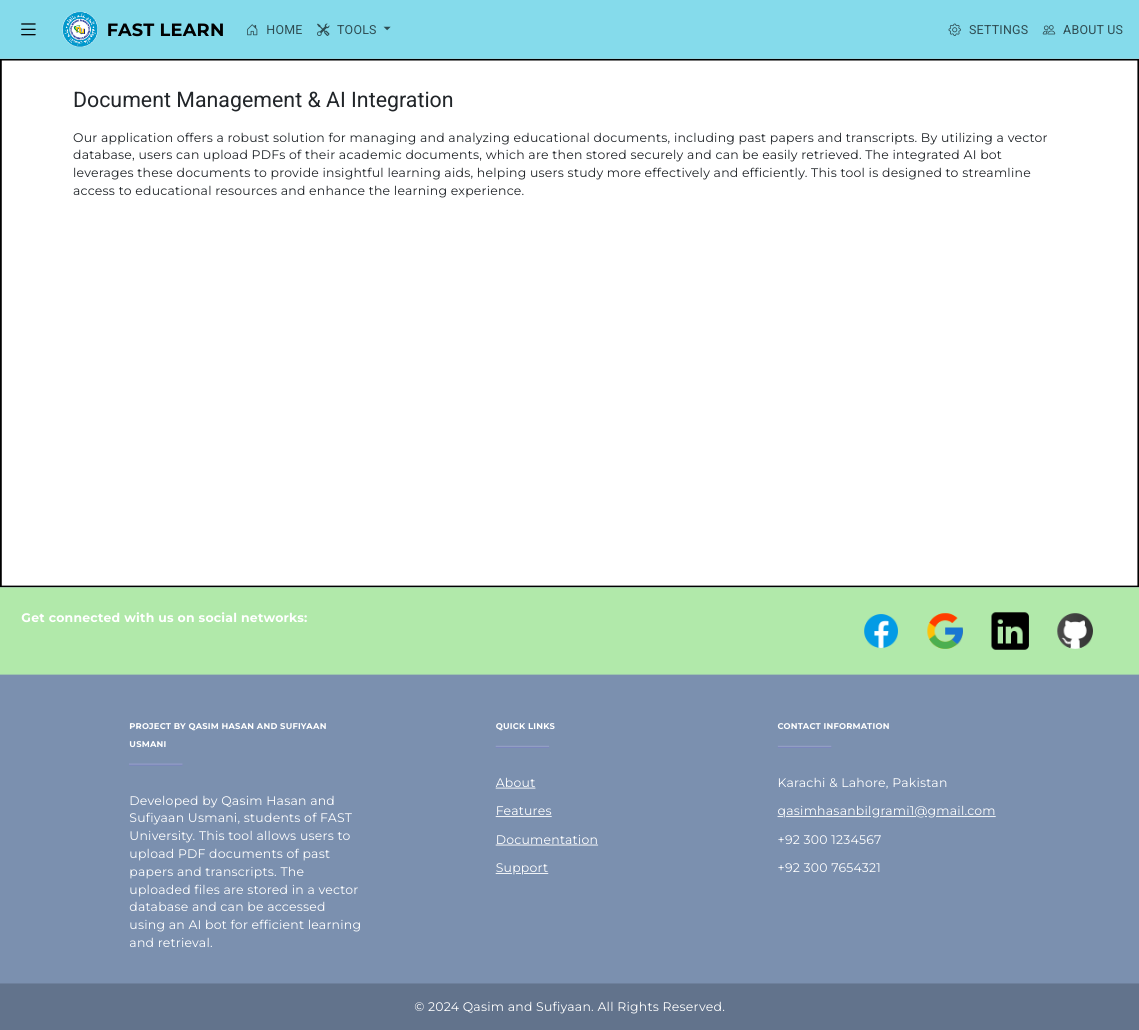
Repository: fastlearn-e0c9858e10ed/Frontend
Page: / (app in fastlearn/)
An editor plug-in stored every save of this project. The page is shown before and after the next save, followed by the edit.
The browser window is 1280 px wide. The pictures show the whole page, at 89% of full size.
The project was rebuilt for these pictures with package versions that can differ from the ones it lists, and the page was loaded fresh each time. Also part of the build but not shown: fastlearn/angular.json.

Above is the page before, as saved 2024-08-19 10:42:47.

After the next save:
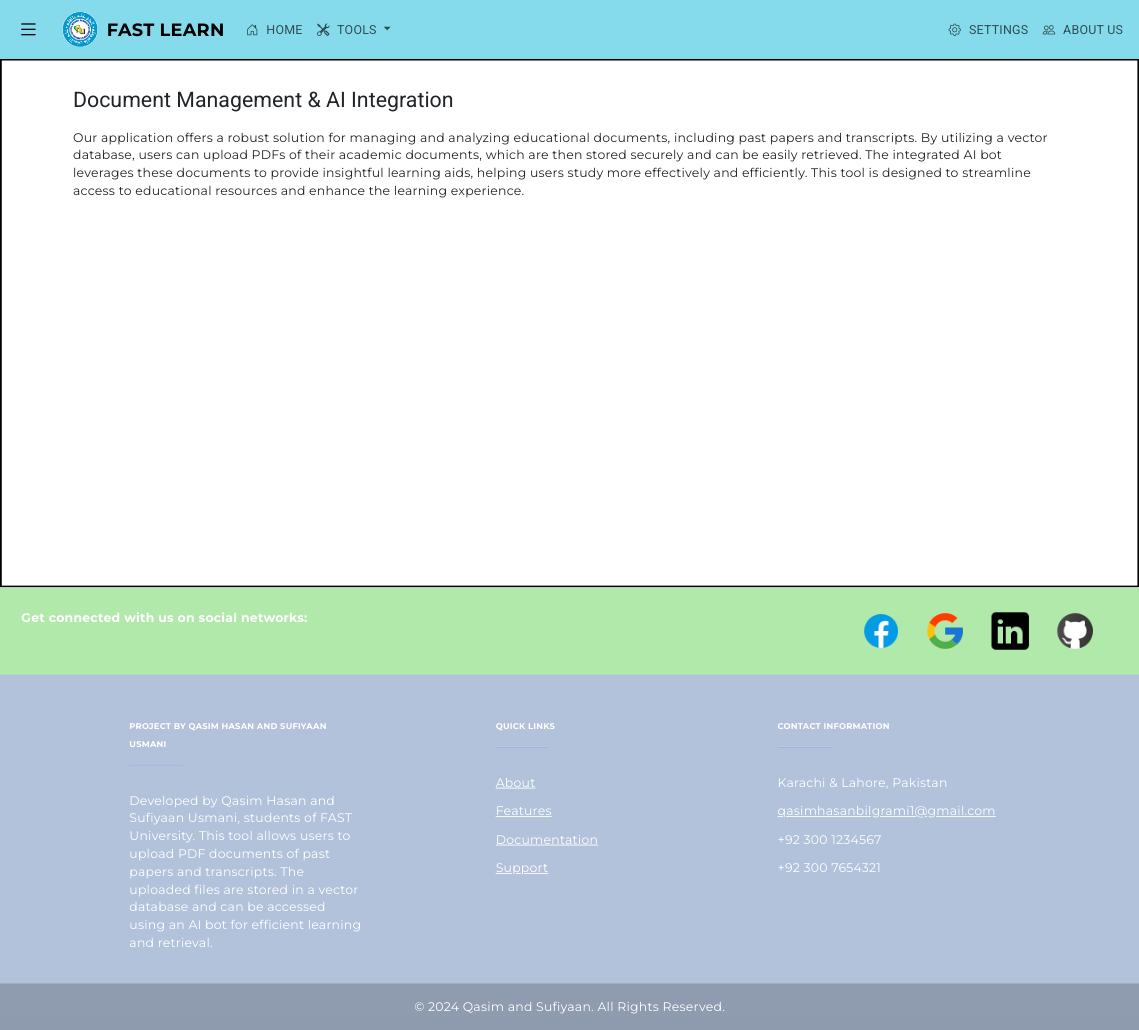
Saved 12 s later.
--- a/fastlearn/src/app/components/footer-page/footer-page.component.css
+++ b/fastlearn/src/app/components/footer-page/footer-page.component.css
@@ -3,7 +3,7 @@
 
 /* Footer styling */
 .footer {
-  background-color: #7b90af; /* Dark background color */
+  background-color: #b2c2db; /* Dark background color */
   color: white; /* Text color */
   width: 100%; /* Full width */
   left: 0; /* Align to the left edge */
